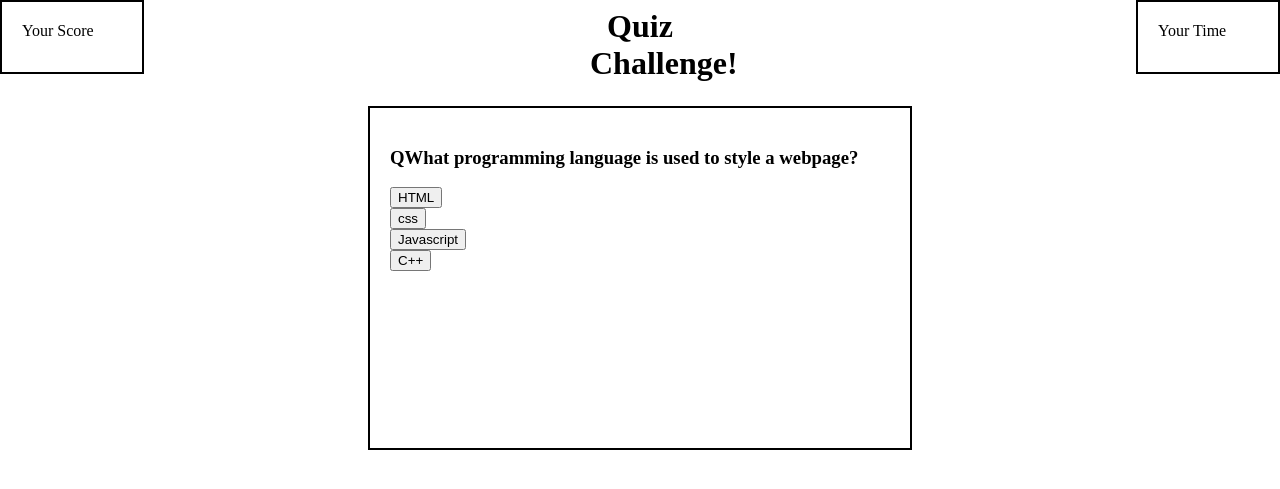
Repository: s88leigh/Quiz-Challenge
Page: index.html
These files come from the project's save history. The page is drawn as it stood at one moment and after a run of saves; the edit follows.
The browser window is 1280 px wide. The pictures show the whole page.

Above is the page before, as saved 2019-10-19 20:58:36.

After the next 2 saves:
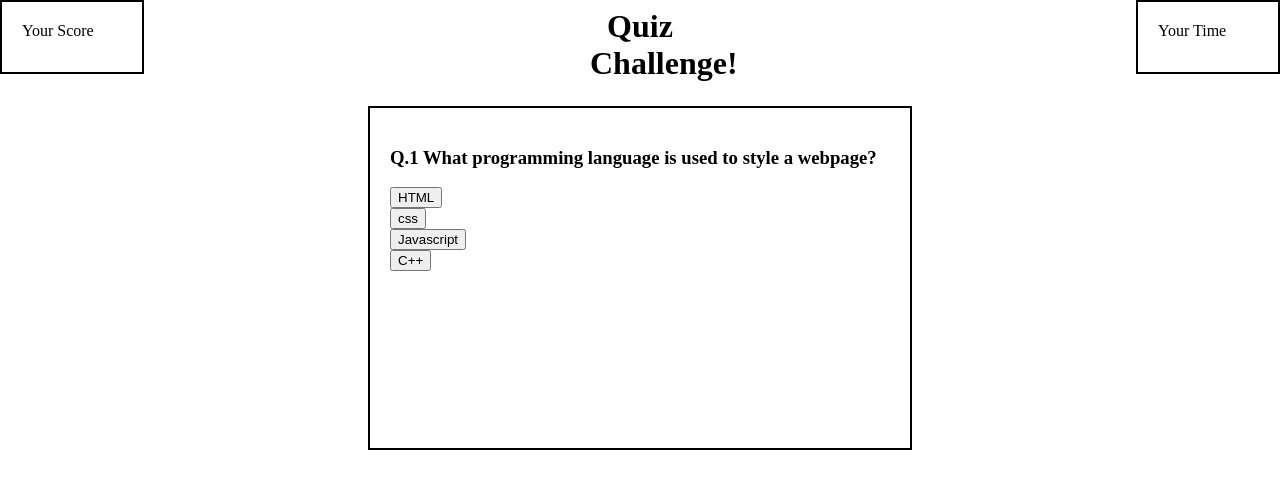
The 2 saves are shown as one change because they came seconds apart.
The last was saved 6 s later.
--- a/script.js
+++ b/script.js
@@ -7,7 +7,7 @@ var answersDiv = document.getElementById("answers");
 
 var questions = [
     {
-        questionText: "QWhat programming language is used to style a webpage?",
+        questionText: "Q.1 What programming language is used to style a webpage?",
         choices: ["HTML", "css", "Javascript", "C++"],
         answer: "css"
     },
